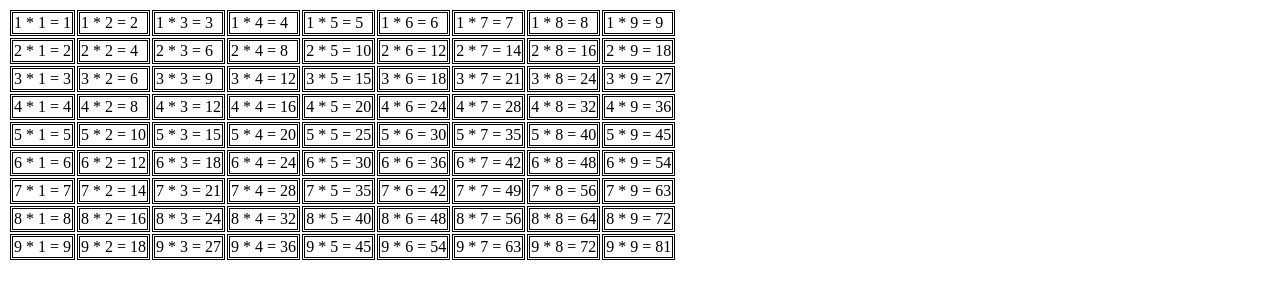
Repository: Jipumpkin/WebServer
Page: http://localhost/JSP2/googoo.jsp
The author's editor kept a copy of each file at every save. The page is drawn from the files as they stood at one save, then again after the next save.
The browser window is 1280 px wide. The pictures show the whole page.
The page is served by Tomcat 9.

Above is the page before, as saved 2024-08-07 02:23:10.

### JSP2/src/main/webapp/googoo.jsp
<%@ page language="java" contentType="text/html; charset=EUC-KR"
    pageEncoding="EUC-KR"%>
<!DOCTYPE html>
<html>
<head>
<meta charset="EUC-KR">
<title>Insert title here</title>
<style>
	td {
		border:double;
	}
</style>
</head>
<body>

    <table>
    	<% for(int i=1; i<10; i++) { %>
        <tr>
        	<%for(int j = 1; j<10; j++) { %>
            <td><%=i+" * "+j+" = "+i*j %></td>
			<%} %>
        </tr>
        <%} %>
    </table>


</body>
</html>

After the next save:
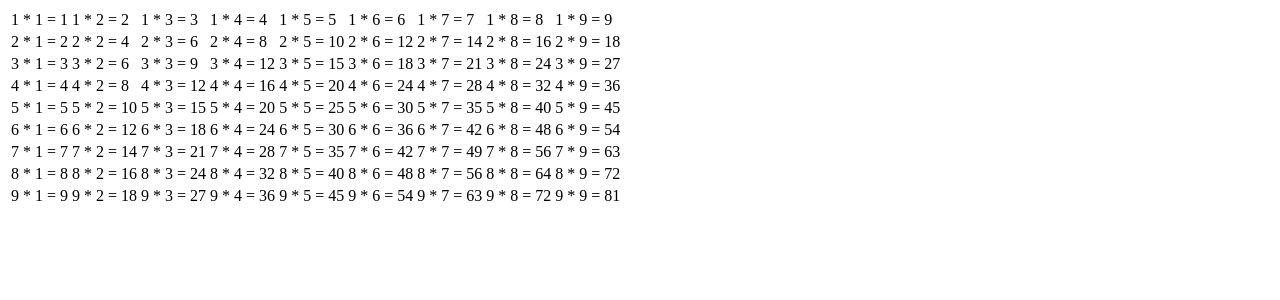
Saved 15 s later.
--- a/JSP2/src/main/webapp/googoo.jsp
+++ b/JSP2/src/main/webapp/googoo.jsp
@@ -6,7 +6,7 @@
 <meta charset="EUC-KR">
 <title>Insert title here</title>
 <style>
-	td {
+	tr {
 		border:double;
 	}
 </style>

After the save that followed:
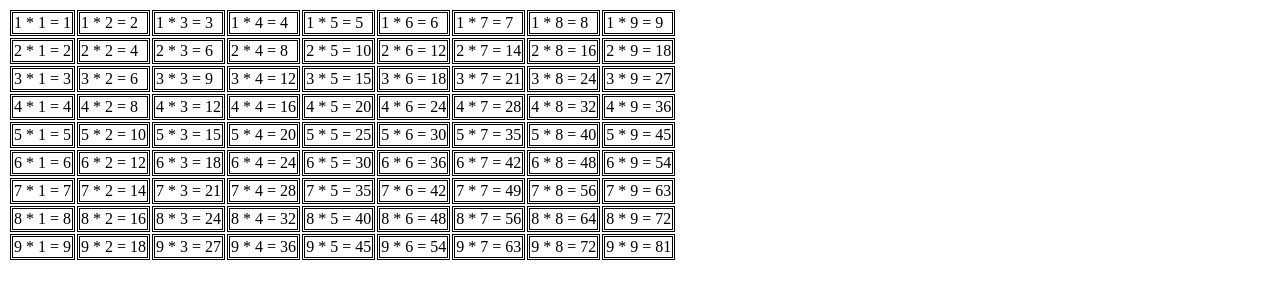
Saved 8 s later.
--- a/JSP2/src/main/webapp/googoo.jsp
+++ b/JSP2/src/main/webapp/googoo.jsp
@@ -6,7 +6,7 @@
 <meta charset="EUC-KR">
 <title>Insert title here</title>
 <style>
-	tr {
+	td {
 		border:double;
 	}
 </style>
